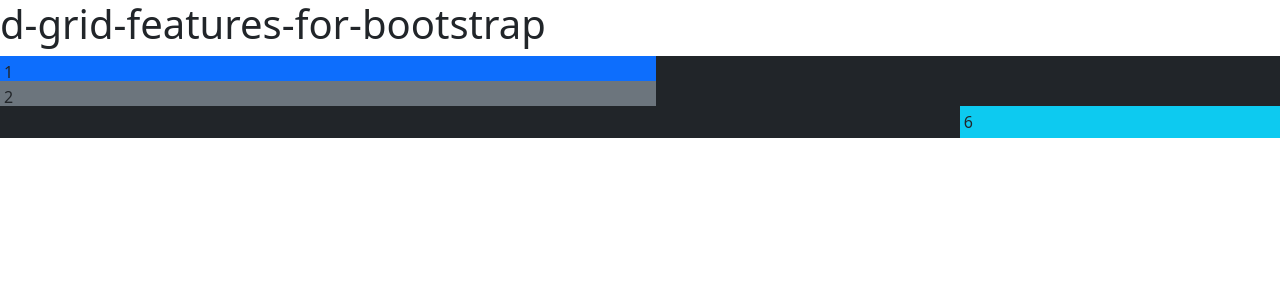
Repository: LynxPardelle/d-grid-features-for-bootstrap
Page: index.html
An editor plug-in stored every save of this project. The page is shown before and after the next save, followed by the edit.
The browser window is 1280 px wide. The pictures show the whole page.

Above is the page before, as saved 2021-10-20 04:39:28.

### index.html
<!DOCTYPE html>
<html lang="en">
<head>
  <meta charset="UTF-8">
  <meta http-equiv="X-UA-Compatible" content="IE=edge">
  <meta name="viewport" content="width=device-width, initial-scale=1.0">
  <title>d-grid-features-for-bootstrap</title>
  <link href="https://cdn.jsdelivr.net/npm/bootstrap@5.1.3/dist/css/bootstrap.min.css" rel="stylesheet" integrity="sha384-1BmE4kWBq78iYhFldvKuhfTAU6auU8tT94WrHftjDbrCEXSU1oBoqyl2QvZ6jIW3" crossorigin="anonymous">
</head>
<body>
  <h1>d-grid-features-for-bootstrap</h1>

  <!-- <section class="d-grid bg-dark" data-gfbs data-gfbs-gtc="repeat(4, 1fr)" data-gfbs-gtr="repeat(2, 100px)" > -->
    <!-- <section class="d-grid bg-dark" data-gfbs data-gfbs-gta='"f f b c c a"" f f d e e a"'> -->
      <section class="d-grid bg-dark" data-gfbs data-gfbs-gt='[row1-start] "a a a" 25px [row1-end]
      [row2-start] "b b b" 25px [row2-end]
      / auto 50px auto'>
    <div data-gfbs data-gfbs-ga="a" class="grid-element bg-primary p-1">
      1
    </div>

    <div data-gfbs data-gfbs-ga="b" class="grid-element bg-secondary p-1">
      2
    </div>
    <div data-gfbs data-gfbs-ga="c" class="grid-element bg-warning p-1">
      3
    </div>
    <div data-gfbs data-gfbs-ga="d" class="grid-element bg-danger p-1">
      4
    </div>
    <div data-gfbs data-gfbs-ga="e" class="grid-element bg-success p-1">
      5
    </div>
    <div data-gfbs data-gfbs-ga="f" class="grid-element bg-info p-1">
      6
    </div>
  </section>

  <script src="https://cdn.jsdelivr.net/npm/bootstrap@5.1.3/dist/js/bootstrap.bundle.min.js" integrity="sha384-ka7Sk0Gln4gmtz2MlQnikT1wXgYsOg+OMhuP+IlRH9sENBO0LRn5q+8nbTov4+1p" crossorigin="anonymous"></script>
  <script src="./d-grid.js"></script>
</body>
</html>

### d-grid.js
"use strict";

let gridElements = document.querySelectorAll("[data-gfbs]");
console.log(gridElements);

for (let gridElement of gridElements) {
  for (let attribute of gridElement.attributes) {
    if (attribute.localName.includes("gfbs-")) {

      console.log(attribute);

      let at = attribute.localName
      let attValue = attribute.value;
      console.log(attValue);
      console.log(typeof attValue);
      switch(true){
        case at.includes("custom"):
          gridElement.style.cssText += attValue;
        break;
        case at.includes("gtc"):
          gridElement.style.gridTemplateColumns = attValue;
        break;
        case at.includes("gtr"):
          gridElement.style.gridTemplateRows = attValue;
        break;
        case at.includes("gta"):
          gridElement.style.gridTemplateAreas = attValue;
          console.log(gridElement.style.gridTemplateAreas);
        break;
        case at.includes("gt"):
          gridElement.style.gridTemplate = attValue;
          console.log(gridElement.style.gridTemplateAreas);
        break;
        case at.includes("ga"):
          gridElement.style.gridArea = attValue;
        break;
      }
    }
  }
}

After the next save:
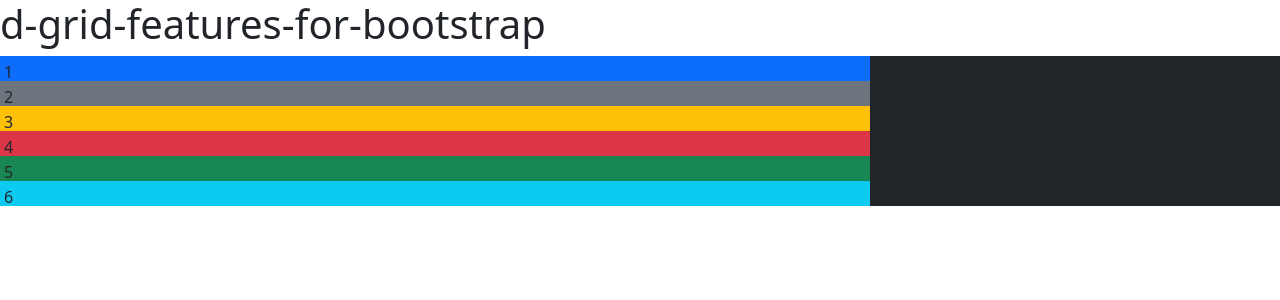
Saved 88 s later.
--- a/index.html
+++ b/index.html
@@ -12,8 +12,13 @@
 
   <!-- <section class="d-grid bg-dark" data-gfbs data-gfbs-gtc="repeat(4, 1fr)" data-gfbs-gtr="repeat(2, 100px)" > -->
     <!-- <section class="d-grid bg-dark" data-gfbs data-gfbs-gta='"f f b c c a"" f f d e e a"'> -->
-      <section class="d-grid bg-dark" data-gfbs data-gfbs-gt='[row1-start] "a a a" 25px [row1-end]
-      [row2-start] "b b b" 25px [row2-end]
+      <section class="d-grid bg-dark" data-gfbs data-gfbs-gt='
+      [row1-start] "a a a ." 25px [row1-end]
+      [row2-start] "b b b ." 25px [row2-end]
+      [row3-start] "c c c ." 25px [row3-end]
+      [row4-start] "d d d ." 25px [row4-end]
+      [row5-start] "e e e ." 25px [row5-end]
+      [row6-start] "f f f ." 25px [row6-end]
       / auto 50px auto'>
     <div data-gfbs data-gfbs-ga="a" class="grid-element bg-primary p-1">
       1
